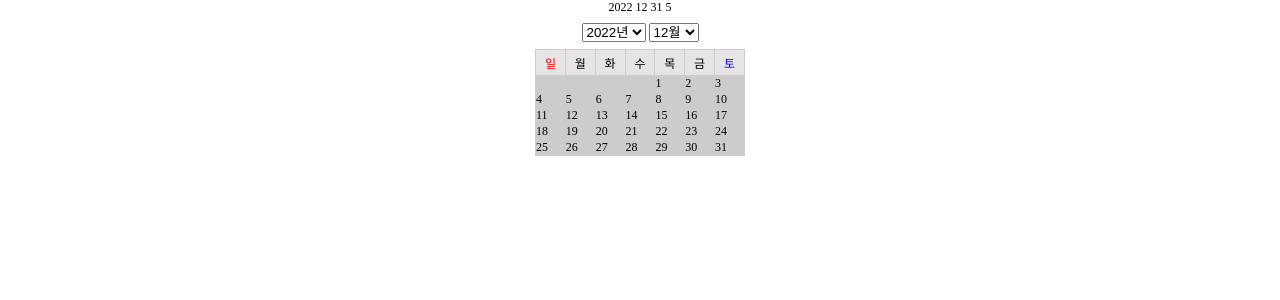
Repository: YOUNARAE/JSP
Page: http://localhost/WebStudy01/02/calendar.jsp
The author's editor kept a copy of each file at every save. The page is drawn from the files as they stood at one save, then again after the next save.
The browser window is 1280 px wide. The pictures show the whole page.
The page is served by Tomcat 9. Other server files are loaded and not shown.

Above is the page before, as saved 2022-12-05 05:15:12.

### WebStudy01/src/main/webapp/02/calendar.jsp
<%@page import="java.util.Calendar"%>
<%@ page contentType="text/html; charset=UTF-8"%>
<%
   request.setCharacterEncoding("UTF-8");

   Calendar now = Calendar.getInstance();
   int year = now.get(Calendar.YEAR);   // 현재 연도
   int month = now.get(Calendar.MONTH)+1; //1월은 0으로 시작해서 1을 더해줌 현재달

   String str_year = request.getParameter("year");      // 파라미터에 연도 값과
   String str_month = request.getParameter("month");   // 파리미터에 월 값 가져와

   // 가져온 값이 있는 경우
   if(str_year != null){
      year = Integer.parseInt(str_year);
   }
   if(str_month != null){
      month = Integer.parseInt(str_month);
   }
   now.set(year, month-1, 1); // 출력할 년도, 월로 설정

   // now.set(year, 10, 1); // 출력할 년도, 월로 설정

   year = now.get(Calendar.YEAR); //변화된 년도 값 가져오기
   month = now.get(Calendar.MONTH)+1; // 월 값 가져오기

   int endDay = now.getActualMaximum(Calendar.DAY_OF_MONTH); // 해당월의 마지막 날짜
   int week = now.get(Calendar.DAY_OF_WEEK); //1~7(일월화수목금토)

 %>

<script type="text/javascript" src="<%=request.getContextPath() %>/resources/jquery-3.6.1.min.js"></script>
<script type="text/javascript">
function sendIt(){
   var strYear = $("select[name='year']").val();
   var strMonth = $("select[name='month']").val();
   alert("strYear==" + strYear + "=strMonth="+strMonth);

   var url="calender.jsp?year="+strYear+"&month="+strMonth;
   location.href=url; //url이 가지고 있는 값으로 이동
}

</script>
<!DOCTYPE html PUBLIC "-//W3C//DTD HTML 4.01 Transitional//EN" "http://www.w3.org/TR/html4/loose.dtd">
<html>
<head>
<meta http-equiv="Content-Type" content="text/html; charset=UTF-8">
<title>JSP 만년달력</title>
<style type="text/css">
    *{padding: 0px; margin: 0px;}  /* 브라우저별 기본 여백 차이가 있기에 작성한다. */
    body{font-size: 9pt;}
    td{font-size: 9pt;}
    a{cusor: pointer; color: #000000; text-decoration: none; font-size: 9pt; line-height: 150%;}
    a:HOVER, a:ACTIVE{font-size: 9pt; color: #F28011; text-decoration: underline;}
</style>
</head>

<body>
    <center>
       <%=year%>
       <%=month%>
       <%=endDay%>
       <%=week%>
        <table width="210" border="0" cellpadding="1" cellspacing="2">
            <tr height="30">
                <td align="center">
                    <form action ="calendar2.jsp" method="post">
                        <select name="year" onchange="sendIt()">
                        <%
                           for(int i=year-3;i<year+3;i++){
                        %>
                           <option value="<%= i%>" <%=year==i?"selected='selected'":"" %>><%=i %>년</option>
                        <%
                           }
                        %>
                        </select>

                        <select name="month" onchange="sendIt()">
                        <%
                           for(int i=1;i<=12;i++){
                        %>
                           <option value="<%= i%>" <%=month==i?"selected='selected'":"" %>><%=i %>월</option>
                        <%
                           }
                        %>
                        </select>

                    </form>
                </td>
            </tr>
        </table>

        <table width="210" border="0" cellpadding="2" cellspacing="1" bgcolor="#cccccc">
            <tr height="25">
                <td align="center" bgcolor="#e6e4e6"><font color="red">일</font></td>
                <td align="center" bgcolor="#e6e4e6">월</td>
                <td align="center" bgcolor="#e6e4e6">화</td>
                <td align="center" bgcolor="#e6e4e6">수</td>
                <td align="center" bgcolor="#e6e4e6">목</td>
                <td align="center" bgcolor="#e6e4e6">금</td>
                <td align="center" bgcolor="#e6e4e6"><font color="blue">토</font></td>
            </tr>
            <%
               int startDay = 0; // 1일이 어느요일 칸에서 시작하느냐에 따른 변수 먼저 선언
               out.println("<tr>");
               for(int i=1;i<week;i++){  // 공백일자 시작요일 1 일요일
                  out.println("<td></td>");
                  startDay++;
               }

               String sun ="";
               String sat ="";
               for(int i=1; i<=endDay; i++){
                  out.println("<td>"+i+"</td>");
                  startDay++;
                  if(startDay==7&&i!=endDay){
                     out.println("</tr><tr>");
                     startDay=0;
                  }
               }


            %>
        </table>
    </center>
</body>
</html>

Loaded but not shown: WebStudy01/src/main/webapp/resources/jquery-3.6.1.min.js (library)

After the next save:
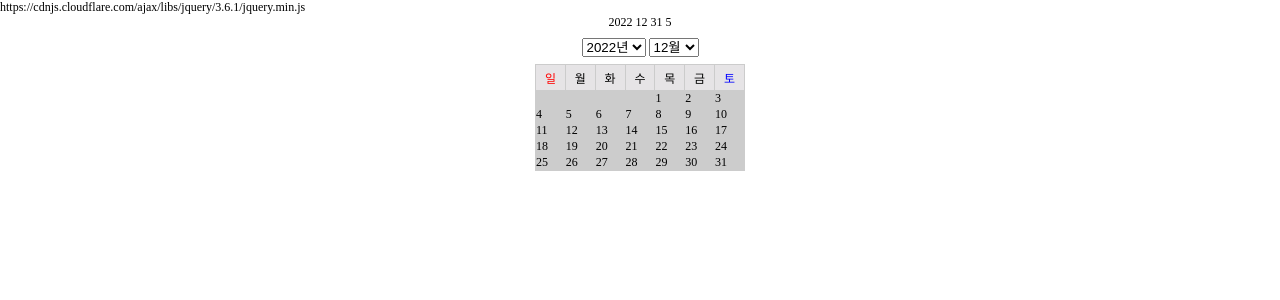
Saved 4 min 59 s later.
--- a/WebStudy01/src/main/webapp/02/calendar.jsp
+++ b/WebStudy01/src/main/webapp/02/calendar.jsp
@@ -29,7 +29,7 @@
 
  %>
 
-<script type="text/javascript" src="<%=request.getContextPath() %>/resources/jquery-3.6.1.min.js"></script>
+https://cdnjs.cloudflare.com/ajax/libs/jquery/3.6.1/jquery.min.js
 <script type="text/javascript">
 function sendIt(){
    var strYear = $("select[name='year']").val();

After the save that followed:
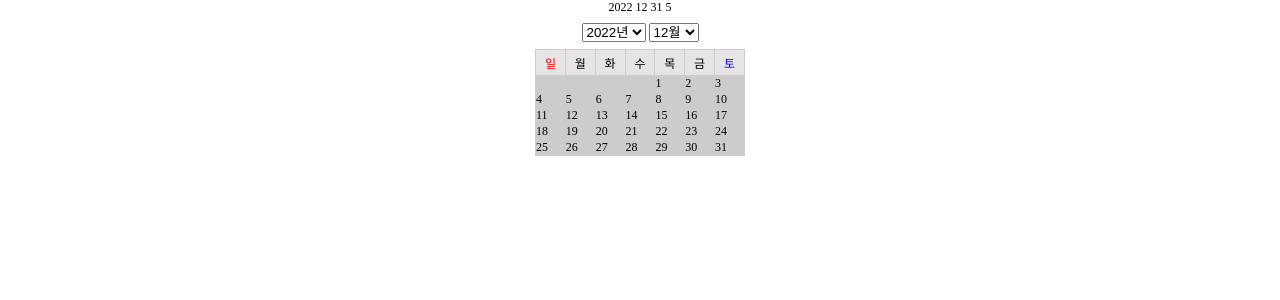
Saved 4 s later.
--- a/WebStudy01/src/main/webapp/02/calendar.jsp
+++ b/WebStudy01/src/main/webapp/02/calendar.jsp
@@ -29,7 +29,7 @@
 
  %>
 
-https://cdnjs.cloudflare.com/ajax/libs/jquery/3.6.1/jquery.min.js
+<script type="text/javascript" src="https://cdnjs.cloudflare.com/ajax/libs/jquery/3.6.1/jquery.min.js"></script>
 <script type="text/javascript">
 function sendIt(){
    var strYear = $("select[name='year']").val();
